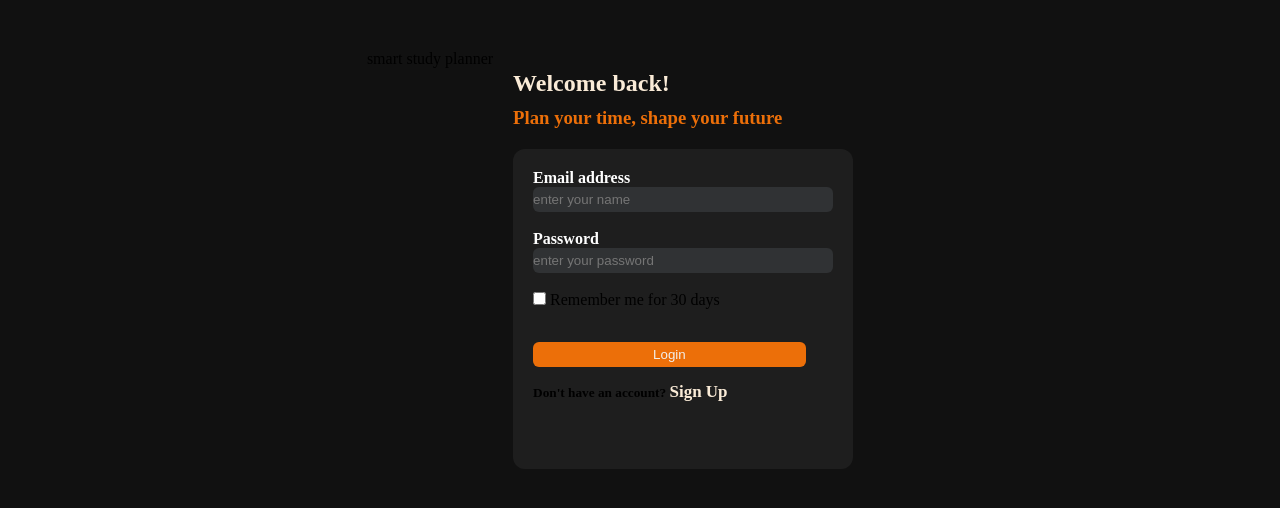
Repository: HaifaBaderBinDuhaim/web
Page: Frontend/logIn.html
The author's editor kept a copy of each file at every save. The page is drawn from the files as they stood at one save, then again after the next save.
The browser window is 1280 px wide. The pictures show the whole page.

Above is the page before, as saved 2026-04-07 02:11:25.

### Frontend/logIn.html
<!doctype html>
<!-- <html lang="en">
  <head>
    <meta charset="UTF-8" />
    <title>Smart Study Planner - Login</title>
    <link rel="stylesheet" href="../css/style.css" />
  </head>

  <body>
    <div class="container">
      <h1>Smart Study Planner</h1>

      <form
        id="loginForm"
        onsubmit="
          event.preventDefault();
          loginUser();
        "
      >
        <label>Email</label>
        <input type="email" id="email" required />

        <label>Password</label>
        <input type="password" id="password" required />

        <button type="submit">Login</button>

        <p>
          Don't have an account?
          <a href="register.html">Create one</a>
        </p>
      </form>
    </div>

    <script src="../js/auth.js"></script>
  </body>
</html>-->
<!doctype html>
<html lang="en">
  <head>
    <meta charset="UTF-8" />
    <tilte>smart study planner</tilte>
    <link rel="stylesheet" href="styleLogin.css" />
  </head>
  <body class="body">
    <article class="register">
      <h1 class="header1">Welcome back!</h1>
      <h3 class="quote">Plan your time, shape your future</h3>
      <nav class="background">
        <form>
          <label for="email" class="labels">Email address</label><br />
          <input
            id="email"
            name="email"
            type="text"
            placeholder="enter your name"
            class="whiteButton"
          /><br />
          <br />
          <label for="password" class="labels">Password</label><br />
          <input
            id="password"
            name="password"
            type="password"
            placeholder="enter your password"
            class="whiteButton"
          /><br />
          <br />
          <input type="checkbox" id="reminder" />
          <lable for="reminder">Remember me for 30 days</lable><br />
          <br />
          <button id="login" name="login" class="button">Login</button>
        </form>

        <h5>
          Don't have an account?
          <a href="register.html" alt="sign in" target="_blank" class="sign-up"
            >Sign Up</a
          >
        </h5>
      </nav>
    </article>
    <!-- <img
      src="studying .png"
      alt="studying"
      height="700"
      width="700"
      class="image"
    /> -->
  </body>
</html>

### Frontend/styleLogin.css
* {
  margin: 0px;
  padding: 0px;
  box-sizing: border-box;
}

.body {
  display: flex;
  margin: 50px;
  background-color: #111111;
  justify-content: center;
}
.register {
  padding: 20px;
  margin-right: 40px;
  align-self: center;
  grid-row: 1/2;
}
.image {
  align-items: stretch;
  border-radius: 20px;
  grid-row: 1/-1;
}
.button {
  margin: 15px 0px;
  /* width: 300px; */
  background-color: #ec6f09;
  padding: 5px 120px;
  border: none;
  border-radius: 6px;
  color: rgb(242, 239, 235);
  text-decoration: double;
}
.whiteButton {
  background-color: #303234;
  width: 300px;
  border-radius: 6px;
  border: none;
  height: 25px;
  color: rgb(174, 56, 56);
}
.background {
  margin-top: 20px;
  padding: 20px;
  background-color: #1e1e1e;
  border-radius: 12px;
  height: 320px;
  width: 350px;
  width: auto;
}
.sign-up {
  font-size: 17px;
  text-decoration: none;
  color: antiquewhite;
}
.sign-up:hover {
  color: antiquewhite;
  text-decoration: underline;
  font-size: 20px;
}

.header1 {
  margin-bottom: 10px;
  color: antiquewhite;
}
.quote {
  color: #ec6f09;
}
.labels {
  margin-bottom: 20px;
  color: #ffffff;
  font-weight: bold;
  margin-bottom: 20px;
}

/*
styling for sidebar
======================================================================*/

.body-sidebare {
  background-color: #111111;
  font-family: Arial, sans-serif;
  min-height: 100vh;
  padding: 30px;
}

.sidebar {
  width: 260px;
  min-height: 100vh;
  background-color: #1e1e1e;
  color: white;
  padding: 25px 18px;
  border-radius: 20px;
}

.logo {
  display: flex;
  align-items: center;
  gap: 12px;
  margin-bottom: 35px;
  font-size: 28px;
  font-weight: bold;
}

.logo svg {
  width: 22px;
  height: 22px;
  color: #b197fc;
}

.menu {
  display: flex;
  flex-direction: column;
  gap: 8px;
}

.item {
  display: flex;
  align-items: center;
  gap: 12px;
  padding: 12px 14px;
  border-radius: 12px;
  cursor: pointer;
  transition: 0.3s;
  color: #d1d1d1;
}

.item:hover {
  background-color: #2a2a2a;
  color: white;
}

.item svg {
  width: 20px;
  height: 20px;
}
.link {
  text-decoration: none;
  color: antiquewhite;
}
.link:hover {
  text-decoration: underline;
  font-size: 17px;
}

/* ======================================================================================= */

After the next save:
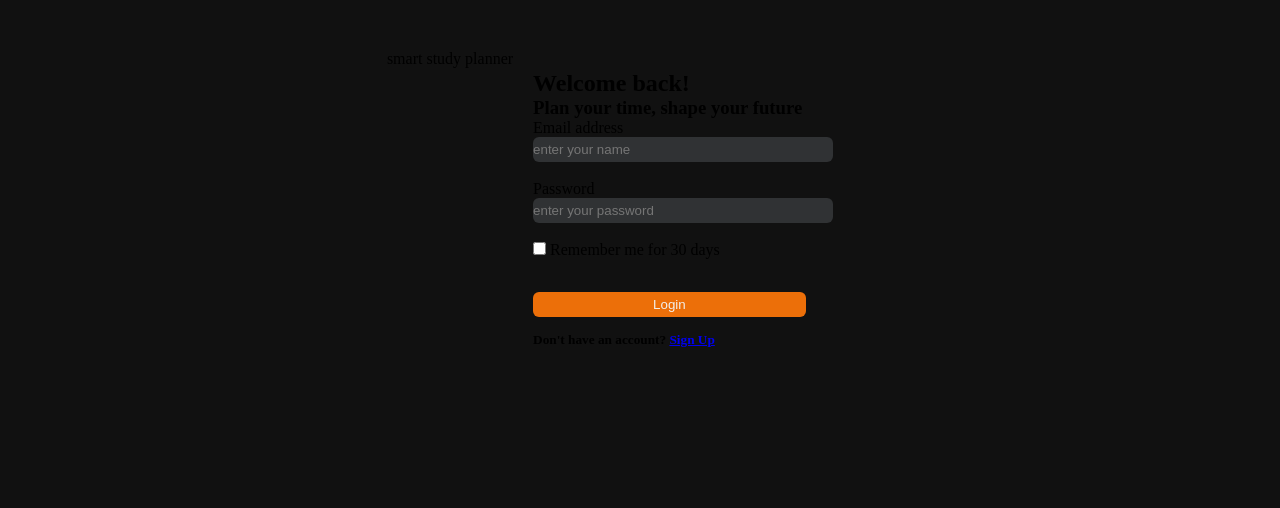
Saved 15 s later.
--- a/Frontend/styleLogin.css
+++ b/Frontend/styleLogin.css
@@ -37,8 +37,7 @@
   border-radius: 6px;
   border: none;
   height: 25px;
-  color: rgb(174, 56, 56);
-}
+
 .background {
   margin-top: 20px;
   padding: 20px;

After the save that followed:
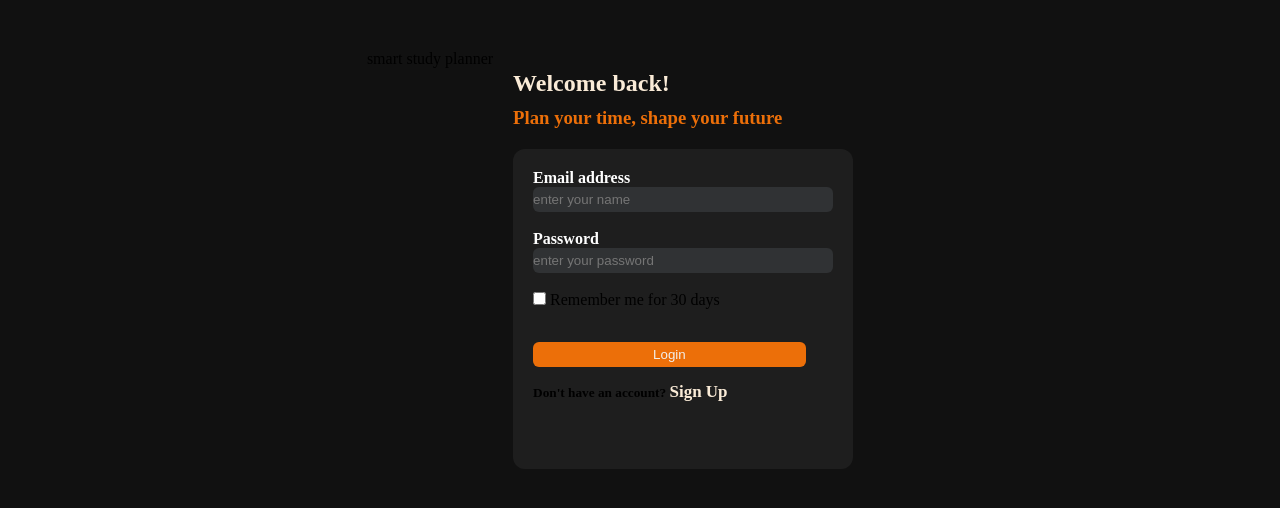
Saved 8 s later.
--- a/Frontend/styleLogin.css
+++ b/Frontend/styleLogin.css
@@ -37,7 +37,8 @@
   border-radius: 6px;
   border: none;
   height: 25px;
-
+  color: dimgrey;
+}
 .background {
   margin-top: 20px;
   padding: 20px;
